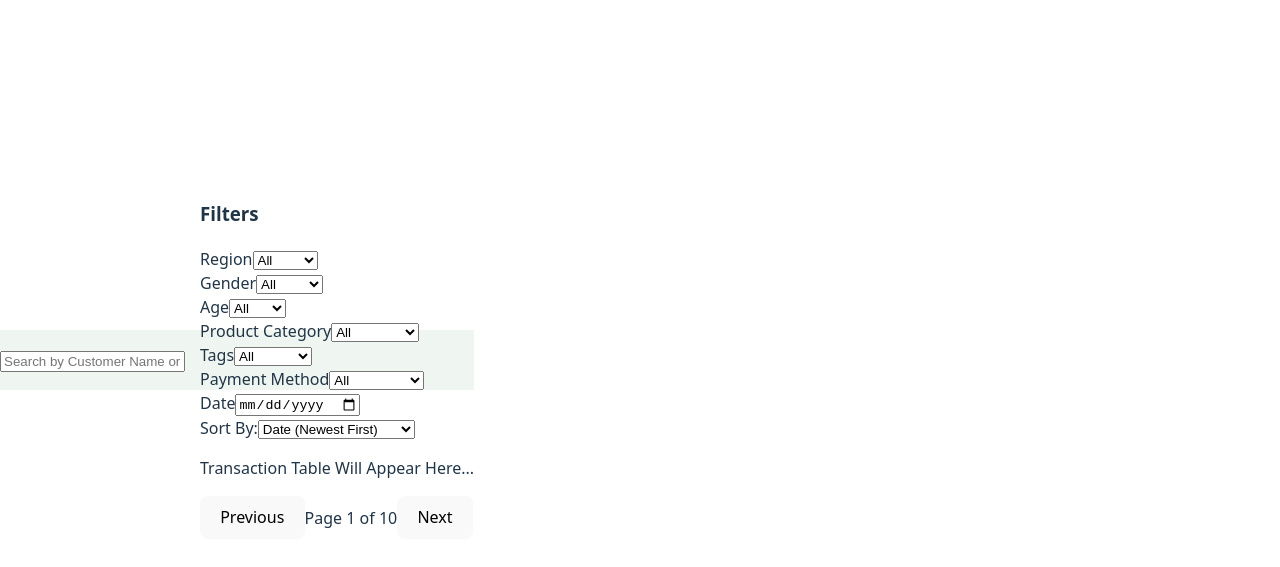
Repository: SandeepYadav18717/TruEstae
Page: / (app in TruEstae/)
These files come from the project's save history. The page is drawn as it stood at one moment and after the next save; the edit follows.
The browser window is 1280 px wide. The pictures show the whole page.
The project was rebuilt for these pictures with package versions that can differ from the ones it lists, and the page was loaded fresh each time. Also part of the build but not shown: TruEstae/vite.config.js, TruEstae/src/App.css, TruEstae/src/Styles/Logo.css, TruEstae/src/Pages/Logo.jsx, TruEstae/src/Styles/search_bar.css, TruEstae/src/components/search_bar.jsx.

Above is the page before, as saved 2025-12-06 22:14:17.

### TruEstae/index.html
<!doctype html>
<html lang="en">
  <head>
    <meta charset="UTF-8" />
    <link rel="icon" type="image/svg+xml" href="/vite.svg" />
    <meta name="viewport" content="width=device-width, initial-scale=1.0" />
    <title>javascript</title>
  </head>
  <body>
    <div id="root"></div>
    <script type="module" src="/src/main.jsx"></script>
  </body>
</html>

### TruEstae/src/App.jsx
import { useState } from 'react'
import reactLogo from './assets/react.svg'
import viteLogo from '/vite.svg'
import './App.css'

import Logo from './Pages/Logo.jsx'
import SearchBar from './components/search_bar.jsx'
import Home from './Pages/Home.jsx'

function App() {
  return (
    <>


     <Home />
    </>
  )
}

export default App

### TruEstae/src/Pages/Home.jsx
import "../Styles/Home.css";

function Home() {
  return (
    <>
      <div className="Container_Ui">

        {/* SEARCH BAR */}
        <div id="Search_Bar">
          <input
            type="text"
            placeholder="Search by Customer Name or Phone Number"
            className="search_input"
          />
        </div>

        <div className="Main_Layout">

          {/* ---------------- FILTER PANEL ---------------- */}
          <div id="Filter_Panel">

            <h3>Filters</h3>

            {/* Customer Region */}
            <div id="Customer_Region" className="filter_block">
              <label>Region</label>
              <select>
                <option>All</option>
                <option>Central</option>
                <option>North</option>
                <option>South</option>
                <option>East</option>
                <option>West</option>
              </select>
            </div>

            {/* Gender */}
            <div id="Gender" className="filter_block">
              <label>Gender</label>
              <select>
                <option>All</option>
                <option>Male</option>
                <option>Female</option>
                <option>Other</option>
              </select>
            </div>

            {/* Age Range */}
            <div id="Age" className="filter_block">
              <label>Age</label>
              <select>
                <option>All</option>
                <option>18-25</option>
                <option>26-35</option>
                <option>36-50</option>
                <option>50+</option>
              </select>
            </div>

            {/* Product Category */}
            <div id="Product_Category" className="filter_block">
              <label>Product Category</label>
              <select>
                <option>All</option>
                <option>Electronics</option>
                <option>Clothing</option>
                <option>Grocery</option>
                <option>Furniture</option>
              </select>
            </div>

            {/* Tags */}
            <div id="Tags" className="filter_block">
              <label>Tags</label>
              <select>
                <option>All</option>
                <option>Popular</option>
                <option>Discount</option>
                <option>Seasonal</option>
                <option>New</option>
              </select>
            </div>

            {/* Payment Method */}
            <div id="Payment_Method" className="filter_block">
              <label>Payment Method</label>
              <select>
                <option>All</option>
                <option>Cash</option>
                <option>Card</option>
                <option>UPI</option>
                <option>Net Banking</option>
              </select>
            </div>

            {/* Date Filter */}
            <div id="Date" className="filter_block">
              <label>Date</label>
              <input type="date" />
            </div>

          </div>

          {/* ---------------- MAIN TABLE AREA ---------------- */}
          <div id="Main_Content">

            {/* Sorting */}
            <div id="Sorting">
              <label>Sort By:</label>
              <select>
                <option>Date (Newest First)</option>
                <option>Quantity</option>
                <option>Customer Name (A–Z)</option>
              </select>
            </div>

            {/* TABLE Placeholder */}
            <div id="Transaction_Table">
              <p>Transaction Table Will Appear Here...</p>
            </div>

            {/* Pagination */}
            <div id="Pagination">
              <button>Previous</button>
              <span>Page 1 of 10</span>
              <button>Next</button>
            </div>

          </div>

        </div>
      </div>
    </>
  );
}

export default Home;

### TruEstae/src/Styles/Home.css
.Container_Ui {
  display: flex;
  gap:15px;
  flex-direction: Row;
  align-items: center;
  justify-content: center;
  height: 100vh;
  background-color: #eff6f1;
  height:60px;
  width: 100%;
}

Loaded but not shown: TruEstae/src/main.jsx (common file); TruEstae/src/index.css (common file)

After the next save:
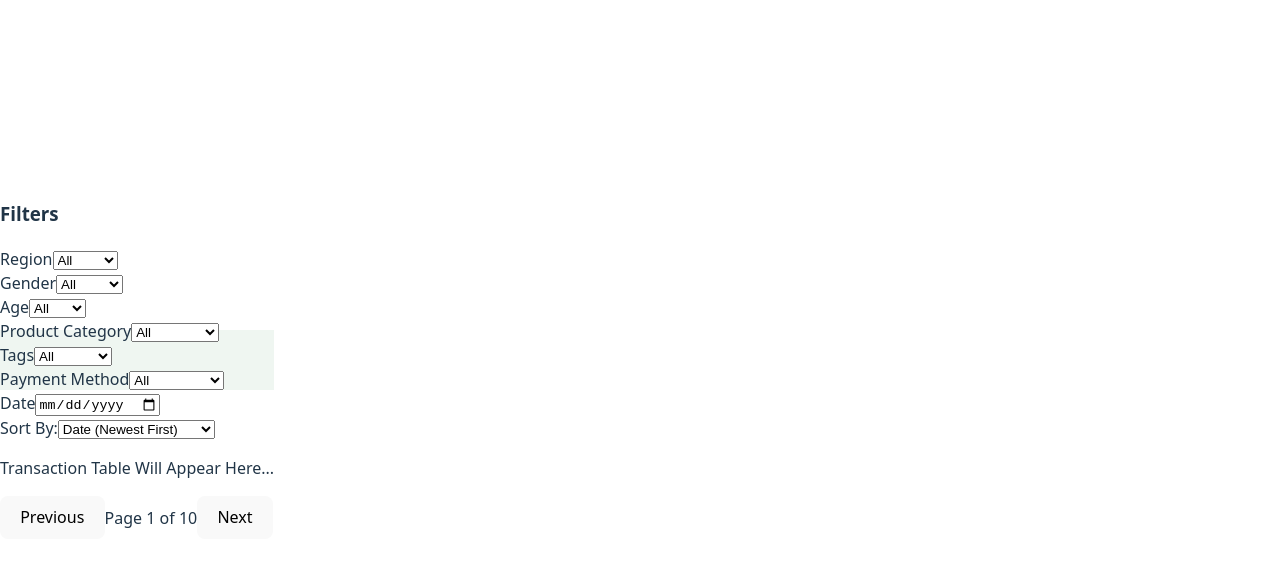
Saved 8 s later.
--- a/TruEstae/src/Pages/Home.jsx
+++ b/TruEstae/src/Pages/Home.jsx
@@ -5,14 +5,7 @@ function Home() {
     <>
       <div className="Container_Ui">
 
-        {/* SEARCH BAR */}
-        <div id="Search_Bar">
-          <input
-            type="text"
-            placeholder="Search by Customer Name or Phone Number"
-            className="search_input"
-          />
-        </div>
+
 
         <div className="Main_Layout">
 
